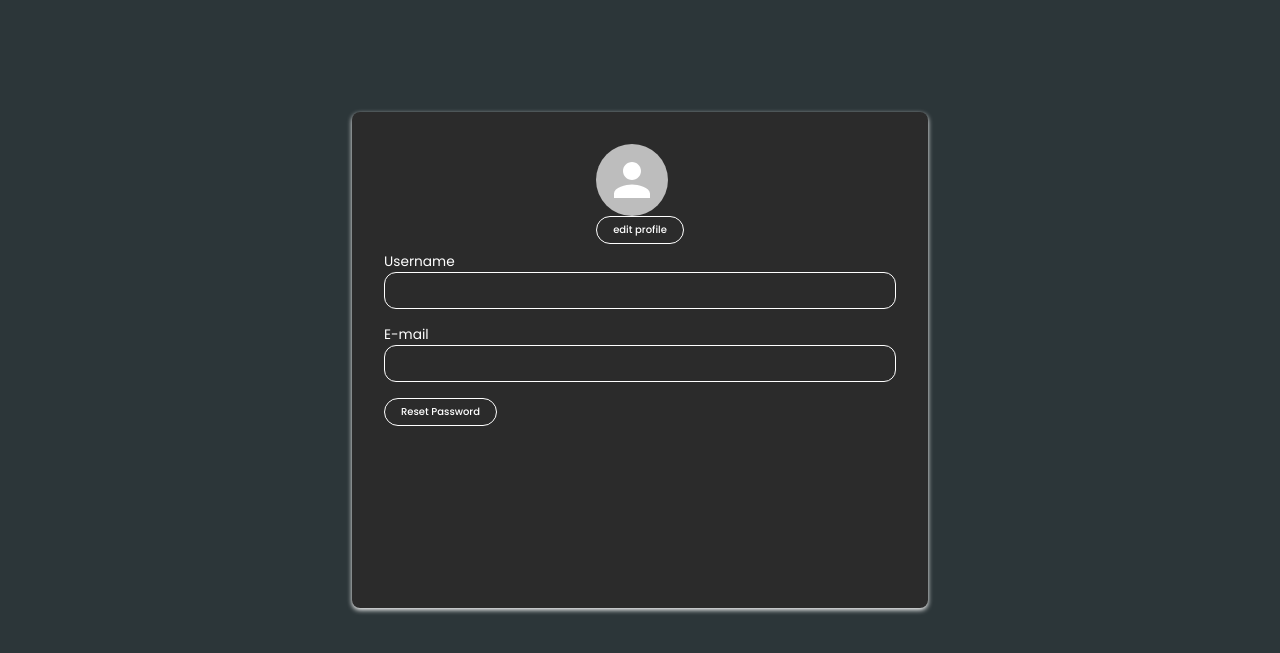
Repository: IzzaSuni/Izza-ToDo
Page: /publicNote/Private/profile
The author's editor kept a copy of each file at every save. The page is drawn from the files as they stood at one save, then again after a run of saves.
The browser window is 1280 px wide. The pictures show the whole page.
Some web libraries are served in a nearby version. The project was rebuilt for these pictures with package versions that can differ from the ones it lists, and the page was loaded fresh each time. Also part of the build but not shown: src/App.css, src/services.js, src/components/List.js, src/components/Filter.js, src/components/ohayo.js, src/utils/Query.js, src/components/navbar.js, src/components/MainPage.js and 4 more.

Above is the page before, as saved 2022-08-23 23:20:18.

### public/index.html
<!DOCTYPE html>
<html lang="en">
  <head>
    <meta charset="utf-8" />
    <link rel="icon" href="%PUBLIC_URL%/AKU.svg" />
    <meta name="viewport" content="width=device-width, initial-scale=1" />
    <meta name="theme-color" content="#000000" />
    <meta name="description" />
    <link rel="apple-touch-icon" href="%PUBLIC_URL%/logo192.png" />
    <script src="https://kit.fontawesome.com/a076d05399.js" crossorigin="anonymous"></script>
    <!--
      manifest.json provides metadata used when your web app is installed on a
      user's mobile device or desktop. See https://developers.google.com/web/fundamentals/web-app-manifest/
    -->
    <link rel="manifest" href="%PUBLIC_URL%/manifest.json" />
    <!--
      Notice the use of %PUBLIC_URL% in the tags above.
      It will be replaced with the URL of the `public` folder during the build.
      Only files inside the `public` folder can be referenced from the HTML.

      Unlike "/favicon.ico" or "favicon.ico", "%PUBLIC_URL%/favicon.ico" will
      work correctly both with client-side routing and a non-root public URL.
      Learn how to configure a non-root public URL by running `npm run build`.
    -->
    <title>My Notes</title>
  </head>
  <body>
    <noscript>You need to enable JavaScript to run this app.</noscript>
    <div id="root"></div>
    <!--
      This HTML file is a template.
      If you open it directly in the browser, you will see an empty page.

      You can add webfonts, meta tags, or analytics to this file.
      The build step will place the bundled scripts into the <body> tag.

      To begin the development, run `npm start` or `yarn start`.
      To create a production bundle, use `npm run build` or `yarn build`.
    -->
  </body>
</html>

### src/index.js
import React from "react";
import ReactDOM from "react-dom/client";
import "./index.css";
import App from "./App";
import reportWebVitals from "./reportWebVitals";
import { ThemeProvider } from "@mui/material";
import Theme from "./utils/Theme";
const root = ReactDOM.createRoot(document.getElementById("root"));
root.render(
  <ThemeProvider theme={Theme}>
    <React.StrictMode>
      <App />
    </React.StrictMode>
  </ThemeProvider>
);

// If you want to start measuring performance in your app, pass a function
// to log results (for example: reportWebVitals(console.log))
// or send to an analytics endpoint. Learn more: https://bit.ly/CRA-vitals
reportWebVitals();

### src/index.css
@import url("https://fonts.googleapis.com/css2?family=Poppins:ital,wght@0,100;0,200;0,300;0,400;0,500;0,600;0,700;0,800;0,900;1,100;1,200;1,300;1,400;1,500;1,600;1,700;1,800;1,900&display=swap");
body {
  margin: 0;
  font-family: "Poppins", -apple-system, BlinkMacSystemFont, "Segoe UI",
    "Roboto", "Oxygen", "Ubuntu", "Cantarell", "Fira Sans", "Droid Sans",
    "Helvetica Neue", sans-serif;
  -webkit-font-smoothing: antialiased;
  -moz-osx-font-smoothing: grayscale;
  font-smooth: antialiased;
  box-sizing: border-box;
  background-color: #2c3639;
}
button[type="button"] {
  font-size: 10px;
}
svg {
  font-size: 16px !important;
}
code {
  font-family: source-code-pro, Menlo, Monaco, Consolas, "Courier New",
    monospace;
}
#cok:focus-within {
  box-shadow: 0px 1px 0px rgba(0, 0, 0, 0.555);
  transition: all 0.2s;
}
#cok,
#edit {
  box-shadow: 0px;
  transition: all 0.6s;
}
input {
  color: white !important;
  font-family: poppins;
}
textarea {
  color: white !important;
  font-family: poppins;
}
input:-webkit-autofill,
input:-webkit-autofill:hover,
input:-webkit-autofill:focus,
input:-webkit-autofill:active {
  -webkit-box-shadow: 0 0 0 30px #e7f6f2 inset !important;
  box-shadow: 0 0 0 30px #e7f6f2 inset !important;
}
input:disabled {
  -webkit-text-fill-color: black !important;
}
textarea:disabled {
  -webkit-text-fill-color: black !important;
}
#edit:focus-visible {
  box-shadow: 0px 1px 0px rgba(0, 0, 0, 0.555);
  transition: all 0.2s;
}
input#searchBar {
  padding: 4px 8px;
}

.grid {
  display: grid;
  gap: 10px;
  grid-template-columns: repeat(auto-fill, minmax(120px, 1fr));
  grid-template-rows: masonry;
}

.my-masonry-grid {
  display: -webkit-box; /* Not needed if autoprefixing */
  display: -ms-flexbox; /* Not needed if autoprefixing */
  display: flex;
  width: auto;
}
.my-masonry-grid_column {
  /* padding-left: 5px; gutter size */
  background-clip: padding-box;
}

/* Style your items */
.my-masonry-grid_column > div {
  /* change div to reference your elements you put in <Masonry> */
  margin-bottom: 10px;
}

::-webkit-scrollbar {
  width: 6px;
  height: 2px;
}

::-webkit-scrollbar-track {
  box-shadow: inset 0 0 10px transparent;
  border-radius: 10px;
}

/* Handle */
::-webkit-scrollbar-thumb {
  border: 2px solid rgba(0, 0, 0, 0);
  background-clip: padding-box;
  border-radius: 10px;
  background-color: #303030;
}

.shadow {
  box-shadow: 0px 2px 5px white;
}
.MuiPopover-paper {
  background: #2b2b2b !important;
  box-shadow: 0px 2px 5px white !important;
}
#buttonUpload ~ div {
  display: none;
}
#halo:hover::after {
  color: white;
  z-index: 10;
  position: absolute;
  background-color: rgba(0, 0, 0, 0.466);
  height: 100%;
  width: 100%;
  display: flex;
  justify-content: center;
  align-items: center;
  font-family: "Font Awesome 5 Free";
  content: "\f304";
  vertical-align: middle;
  font-weight: 900;
}

/* responsive=============================================================================== */
#mainContainer {
  display: block;
  height: 100vh;
}
@media (max-width: 900px) {
  #mainForm {
    display: none;
  }
  #ohayoSmall {
    text-align: center;
    position: sticky;
    width: 100vw;
  }
  #ohayoBig {
    display: none;
  }

  #listForm {
    width: 100%;
  }
  #buttonAddNotes {
    position: sticky;
    bottom: 0;
    width: 100vw;
    height: 52px !important;
    text-align: center;
    border-radius: 16px 16px 0 0;
  }
}
@media (min-width: 900px) {
  #buttonAddNotes {
    display: none;
  }
  #mainContainer {
    display: block;
  }
  #ohayoSmall {
    display: none;
  }
}

#loginButton:hover {
  background: transparent !important;
}

### src/App.js
import "./App.css";
import Layout from "./components/Layout";
import MainPage from "./components/MainPage";
import { BrowserRouter as Router, Switch, Route } from "react-router-dom";
import Login from "./components/Login";
import CreateAccount from "./components/CreateAccount";
import MainPageLoged from "./components/MainPageLoged";
import Profile from "./components/Profile";

function App({}) {
  return (
    <div className="App">
      <Router>
        <Switch>
          <Route exact path="/publicNote">
            <Layout>
              <MainPage />
            </Layout>
          </Route>
          <Route path={"/login"}>
            <Layout>
              <Login />
            </Layout>
          </Route>
          <Route path={"/signUp"}>
            <Layout>
              <CreateAccount />
            </Layout>
          </Route>
          <Route exact path={"/publicNote/Private"}>
            <Layout>
              <MainPageLoged />
            </Layout>
          </Route>
          <Route exact path={"/publicNote/Private/profile"}>
            <Layout>
              <Profile />
            </Layout>
          </Route>
          <Route path="*">
            <main style={{ padding: "1rem" }}>
              <p>There's nothing here!</p>
            </main>
          </Route>
        </Switch>
      </Router>
    </div>
  );
}

export default App;

### src/utils/Theme.js
import { green } from "@mui/material/colors";
import { createTheme, ThemeProvider } from "@mui/material/styles";

export const background = "#FCE7E7";
export const Black = "#303030";
export const Green = "#E7F634";
export const Disable = "#97A8A8";

export const Screensize = {
  mobile: 0,
  tablet: 900,
  laptop: 1350,
  desktop: 1700,
};

export const colors = {
  background,
  Black,
  Green,
  Disable,
};
export const theme = createTheme({
  breakpoints: {
    values: {
      mobile: 0,
      tablet: 900,
      laptop: 1350,
      desktop: 1700,
    },
  },
  typography: {
    fontFamily: "Poppins",
    fontSize: 12,
    allVariants: {
      color: "white ",
    },
  },
  components: {
    MuiButton: {
      styleOverrides: {
        root: {
          textTransform: "none",
          fontFamily: "Poppins !important",
        },
      },
    },
  },
});

export default theme;

### src/components/Layout.js
import { Box } from "@mui/material";

const Layout = ({ children }) => {
  return (
    <Box
      height={"100vh"}
      width={`calc("100vw - 32px")`}
      display={"flex"}
      alignItems={"center "}
    >
      {children}
    </Box>
  );
};
export default Layout;

### src/components/Profile.js
import IsLogin from "../utils/isLogin";
import { makeStyles } from "@mui/styles";
import { Avatar, Box, Typography } from "@mui/material";
import Input from "./Input";
import { useState } from "react";
import { uploadImages } from "../services";

const useStyles = makeStyles({
  card: {
    height: "60vh",
    width: "40vw",
    background: "#2B2B2B",
    borderRadius: "8px",
    padding: "32px",
  },
  container: {
    height: "100vh",
    width: "100vw",
    display: "flex",
    justifyContent: "center",
    alignItems: "center",
  },
});

export default function Profile() {
  let objectURL;
  const [image, setImage] = useState();
  const { user, signed } = IsLogin();
  const classes = useStyles();

  const onChangeFile = (e) => {
    if (objectURL) {
      URL.revokeObjectURL(objectURL);
    }
    const file = e.target.files[0];
    objectURL = URL.createObjectURL(file);
    console.log(file);
    uploadImages({ images: file });
    return setImage(objectURL);
  };


  return (
    <>
      <Box className={classes.container}>
        <Box className={`${classes.card} shadow`}>
          <Box display="inline-flex" width='100%' justifyContent={'center'}>
            <Box>
              <Box onClick={() => document.getElementById("uploadImg").click()}>
                <Avatar id="halo" sx={{ width: '72px', height: '72px' }} src={image ? image : user.picture}></Avatar>
              </Box>
              <Input type={'buttonCustom'} > edit profile</Input>
            </Box>



          </Box>

          <Box>
            <Box pb={1}>
              <Input
                id={"uploadImg"}
                type="file"
                inputType={"file"}
                hdlChange={onChangeFile}
                className={{ display: 'none' }}
              />
            </Box>
            <Box pb={2}>
              <Typography>Username</Typography>
              <Input type="email" defVal={user.user} isdisabled={true} />
            </Box>
            <Typography>E-mail</Typography>
            <Input type="email" defVal={user.email} isdisabled />
            <Box pt={2}>
              <Input type="buttonCustom">Reset Password</Input>
            </Box>
          </Box>
        </Box>
      </Box>
    </>
  );
}

### src/components/Input.js
import { makeStyles } from "@mui/styles";
import {
  Box,
  Button,
  FormControl,
  InputAdornment,
  InputBase,
  InputLabel,
  MenuItem,
  Select,
  TextField,
  Typography,
} from "@mui/material";
//icons
import EditIcon from "@mui/icons-material/Edit";
import DeleteIcon from "@mui/icons-material/Delete";
import ClearIcon from "@mui/icons-material/Clear";
import DoneIcon from "@mui/icons-material/Done";
import { useState } from "react";
import { LoadingButton } from "@mui/lab";

const useStyles = makeStyles({
  paper: {
    height: "100%",
    width: "20%",
    background: "#E7F6F2 !important",
    borderRadius: "16px",
    overflow: "auto",
  },
  paperList: {
    height: "100%",
    width: "80%",
    flexWrap: "wrap",
    background: "#CEE5D0 !important",
    overflow: "auto",
  },
  Button: {
    "&.MuiButton-root": {
      textTransform: "none !important",
      color: "white",
      background: "transparent ",
      borderRadius: "32px",
      border: "1px solid white",
      padding: "4px 16px",
      "&:hover": {
        background: "#693737",
        color: "white ",
      },
      "&:active": {
        background: "#693737",
        color: "white ",
      },
      "& .MuiLoadingButton-loadingIndicator": {
        color: "white !important",
      },
      "&.Mui-disabled": {
        color: "rgba(255, 255, 255, 0.541)",
      },
    },
  },
  TextField: {
    "&:hover fieldset": {
      borderColor: "#100F0F !important",
      color: "white",
    },
    "& label.Mui-focused": {
      color: "white",
    },
    "& fieldset": {
      borderColor: "white !important",
    },
    "&.Mui-focused fieldset": {
      borderColor: "white !important",
    },
    "& .MuiOutlinedInput-root": {
      borderRadius: "12px !important",
      color: "white",
    },
  },
  TextFields: {
    "& .MuiInputBase-input": {
      padding: "0px !important",
      borderBottom: "1px white dashed !important",
      width: "100%",
    },
  },
  login: {
    "&:hover fieldset": {
      borderColor: "white !important",
    },
    "& label.Mui-focused": {
      color: "black",
    },
    "& fieldset": {
      borderColor: "white !important",
    },
    "&.Mui-focused fieldset": {
      borderColor: "white !important",
    },
    "& .MuiOutlinedInput-root": {
      borderRadius: "12px !important",
    },
  },
  form: {
    justifytitle: "space-between",
    width: ` 100% `,
    marginTop: "32px",
  },
  editForm: { width: "100%", display: "flex", padding: "0px 8px" },
  smallBox: {
    height: "10px",
    width: "10px",
    marginRight: "32px",
    borderRadius: "16px",
    paddingLeft: "16px",
    border: "1px dashed black",
  },
  Menu: {
    "&.MuiMenu-list": {
      background: "#2B2B2B",
      borderRadius: "12px",
      padding: "16px",
      width: "250px",
    },
    "& .MuiMenuItem-root": {
      padding: "0px",
    },
  },
});

export default function Input({
  type,
  hdlChange,
  children,
  defVal,
  hdlEdit,
  onClickBtn,
  className,
  label,
  inputType,
  loading,
  maxchar,
  isdisabled,
  icon,
  id,
}) {
  const [anchorEl, setAnchorEl] = useState(null);

  const renderButton = ({ value, type }) => {
    return type === "delete" ? (
      value.isedit ? (
        <>
          <DoneIcon />
        </>
      ) : (
        <>
          <DeleteIcon />
        </>
      )
    ) : value.isedit ? (
      <>
        <ClearIcon sx={{ ml: 1 }} />
      </>
    ) : (
      <>
        <EditIcon sx={{ ml: 1 }} />
      </>
    );
  };

  const classes = useStyles();
  const renderInput = () => {
    switch (type) {
      case "text":
        return (
          <TextField
            size={"small"}
            label={"Title"}
            placeholder="Type the title here"
            className={classes.TextField}
            required
            inputProps={{ maxLength: "20" }}
            sx={{ width: "100%", marginBottom: 3 }}
          />
        );
      case "email":
        return (
          <TextField
            size={"small"}
            defaultValue={defVal}
            id={id}
            label={label}
            placeholder={label}
            className={classes.login}
            type={inputType}
            inputProps={{ maxLength: maxchar }}
            InputProps={icon}
            disabled={isdisabled}
            sx={{
              width: "100%",
              marginBottom: 3,
              "&.MuiFormControl-root": {
                marginBottom: 0,
              },
              "& .Mui-focused": {
                color: "white !important",
              },
              "& .Mui-disabled": {
                WebkitTextFillColor: "rgb(255 255 255 / 40%) !important",
              },
            }}
            onChange={hdlChange}
          />
        );

      case "file":
        return (
          <TextField
            size={"small"}
            defaultValue={defVal}
            id={id}
            label={label}
            placeholder={label}
            className={classes.login}
            type={inputType}
            inputProps={{ accept: "image/*" }}
            InputProps={icon}
            disabled={isdisabled}
            sx={{
              display: 'none'
            }}
            onChange={hdlChange}
          />
        );

      case "multiline":
        return (
          <TextField
            label={"Description"}
            size={"medium"}
            placeholder="Type the description here"
            className={classes.TextField}
            multiline
            sx={{ width: "100%", marginBottom: 3, borderRadius: 12 }}
          />
        );
      case "select":
        return (
          <FormControl
            fullWidth
            className={`${classes.TextField} `}
            sx={{
              marginBottom: "24px",
            }}
            id="kontol"
          >
            <InputLabel id="catLabel">Select Category</InputLabel>
            <Select
              id="catuu"
              label="Select Category"
              onChange={hdlChange}
              defaultChecked={false}
              required
              className={`${classes.Menu}`}
            >
              <MenuItem value={"Reminder"} disabled>
                Select a category
              </MenuItem>
              <MenuItem value={"Work"}>Work</MenuItem>
              <MenuItem value={"To do"}>To do</MenuItem>
              <MenuItem value={"Money"}>Money</MenuItem>
              <MenuItem value={"Reminder"}>Reminder</MenuItem>
              <MenuItem value={"Assignment"}>Task</MenuItem>
              <MenuItem value={"Study"}>Study</MenuItem>
            </Select>
          </FormControl>
        );

      case "button":
        return (
          <Button
            disableRipple
            type="submit"
            variant="contained"
            className={classes.Button}
            sx={className}
            id={id}
          >
            {children}
          </Button>
        );
      case "buttonLoading":
        return (
          <LoadingButton
            disableRipple
            type="submit"
            variant="contained"
            loading={loading}
            className={classes.Button}
            sx={className}
            disabled={isdisabled}
            loadingPosition="end"
          >
            {children}
          </LoadingButton>
        );
      case "buttonCustom":
        return (
          <Button
            disableRipple
            type="button"
            onClick={onClickBtn}
            className={`${classes.Button}`}
            id={id}
            style={className}
          >
            {children}
          </Button>
        );

      case "editTitle":
        return (
          <InputBase
            defaultValue={defVal.title}
            onChange={hdlEdit}
            className={classes.TextFields}
            disabled={defVal.isedit === true ? false : true}
            sx={{
              fontSize: "16px !important",
            }}
          />
        );
      case "editDesc":
        return (
          <InputBase
            sx={{
              width: "100%",
              padding: "0px !important",
              mt: 2,
              lineHeight: "18px",
            }}
            defaultValue={defVal.desc}
            onChange={hdlEdit}
            className={classes.TextFields}
            disabled={defVal.isedit === true ? false : true}
            multiline
          />
        );
      case "divider":
        return (
          <Box
            height={"1px"}
            width="100%"
            bgcolor={"#CEE5D0"}
            mx={2}
            variant="middle"
            alignSelf={"center "}
          />
        );
      default:
        break;
    }
  };
  return renderInput();
}

### src/utils/isLogin.js
import jwtDecode from "jwt-decode";
import Cookies from "universal-cookie";


const IsLogin = () => {
  const secret = process.env.REACT_APP_SECRET_TOKEN;
  const cookies = new Cookies();
  const bearer = cookies.get("akikToken");

  const signed = bearer ? jwtDecode(bearer).aud === secret : false;
  const user = bearer
    ? {
        user: jwtDecode(bearer).name,
        email: jwtDecode(bearer).email,
        isVerifiedEmail: jwtDecode(bearer).email_verified,
        userId: jwtDecode(bearer).user_id,
        picture: jwtDecode(bearer).picture,
      }
    : {};

  return { signed, user };
};

export default IsLogin;

Loaded but not shown: src/reportWebVitals.js (common file)

After the next 2 saves:
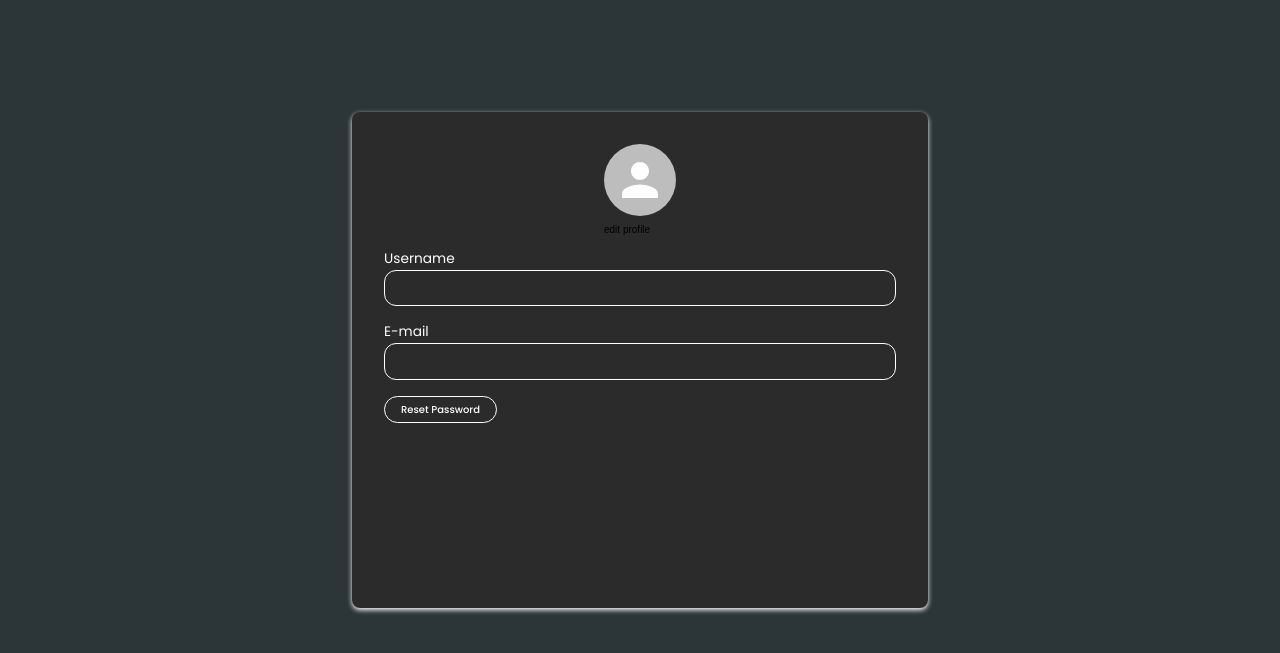
The 2 saves are shown as one change because 1 did not build or start.
The last was saved 52 s later.
--- a/src/components/Profile.js
+++ b/src/components/Profile.js
@@ -1,6 +1,6 @@
 import IsLogin from "../utils/isLogin";
 import { makeStyles } from "@mui/styles";
-import { Avatar, Box, Typography } from "@mui/material";
+import { Avatar, Box, ButtonBase, Typography } from "@mui/material";
 import Input from "./Input";
 import { useState } from "react";
 import { uploadImages } from "../services";
@@ -49,7 +49,7 @@ export default function Profile() {
               <Box onClick={() => document.getElementById("uploadImg").click()}>
                 <Avatar id="halo" sx={{ width: '72px', height: '72px' }} src={image ? image : user.picture}></Avatar>
               </Box>
-              <Input type={'buttonCustom'} > edit profile</Input>
+              <ButtonBase> edit profile</ButtonBase>
             </Box>
 
 
